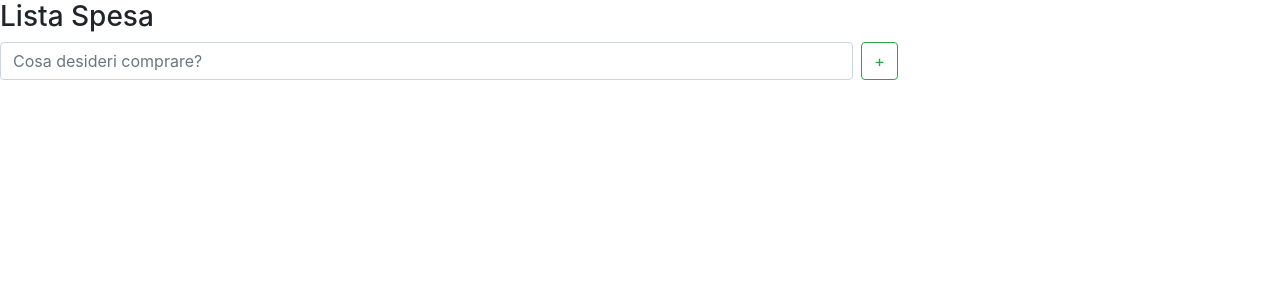
Repository: andreadipilato/TodoList
Page: /
These files come from the project's save history. The page is drawn as it stood at one moment and after the next save; the edit follows.
The browser window is 1280 px wide. The pictures show the whole page.
The project was rebuilt for these pictures with package versions that can differ from the ones it lists, and the page was loaded fresh each time. Also part of the build but not shown: src/App.css.

Above is the page before, as saved 2020-12-04 15:52:43.

### public/index.html
<!DOCTYPE html>
<html lang="en">
  <head>
    <meta charset="utf-8" />
    <link rel="stylesheet" href="https://maxcdn.bootstrapcdn.com/bootstrap/4.0.0/css/bootstrap.min.css" integrity="sha384-Gn5384xqQ1aoWXA+058RXPxPg6fy4IWvTNh0E263XmFcJlSAwiGgFAW/dAiS6JXm" crossorigin="anonymous">
    <link rel="icon" href="%PUBLIC_URL%/favicon.ico" />
    <meta name="viewport" content="width=device-width, initial-scale=1" />
    <meta name="theme-color" content="#000000" />
    <meta
      name="description"
      content="Web site created using create-react-app"
    />
    <link rel="apple-touch-icon" href="%PUBLIC_URL%/logo192.png" />
    <!--
      manifest.json provides metadata used when your web app is installed on a
      user's mobile device or desktop. See https://developers.google.com/web/fundamentals/web-app-manifest/
    -->
    <link rel="manifest" href="%PUBLIC_URL%/manifest.json" />
    <!--
      Notice the use of %PUBLIC_URL% in the tags above.
      It will be replaced with the URL of the `public` folder during the build.
      Only files inside the `public` folder can be referenced from the HTML.

      Unlike "/favicon.ico" or "favicon.ico", "%PUBLIC_URL%/favicon.ico" will
      work correctly both with client-side routing and a non-root public URL.
      Learn how to configure a non-root public URL by running `npm run build`.
    -->
    <title>Lista Spesa</title>
  </head>
  <body>
    <noscript>You need to enable JavaScript to run this app.</noscript>
    <div id="root"></div>
    <!--
      This HTML file is a template.
      If you open it directly in the browser, you will see an empty page.

      You can add webfonts, meta tags, or analytics to this file.
      The build step will place the bundled scripts into the <body> tag.

      To begin the development, run `npm start` or `yarn start`.
      To create a production bundle, use `npm run build` or `yarn build`.
    -->

  </body>
</html>

### src/App.js
import logo from './logo.svg';
import './App.css';
import Cerca from './Cerca.js';

function App() {
  return (
    <div className="App">
      <header className="App-header">
        <h3>Lista Spesa</h3>
        <Cerca />
      </header>
    </div>
  );
}

export default App;

### src/Cerca.js
import React, {Component} from 'react'

class Cerca extends Component {
    constructor(props) {
        super(props);
        this.state = { cerca: ""}
    }
    render() {
        return (
                <form className = "form-inline" onSubmit = {this.addElement}>
                    <input
                        className = "form-control mr-sm-2 col-sm-8"
                        type = "text"
                        placeholder = "Cosa desideri comprare?"
                        aria-label = "Search"
                        value = {this.state.cerca}
                        //onChange = {}
                    />

                    <button className = "btn btn-outline-success my-2 my-sm-0"
                            type="submit"
                            //onFocus = {}
                    >+
                    </button>
                </form>
        )
    }
}
export default Cerca;

Loaded but not shown: src/index.js (common file); src/index.css (common file); src/reportWebVitals.js (common file)

After the next save:
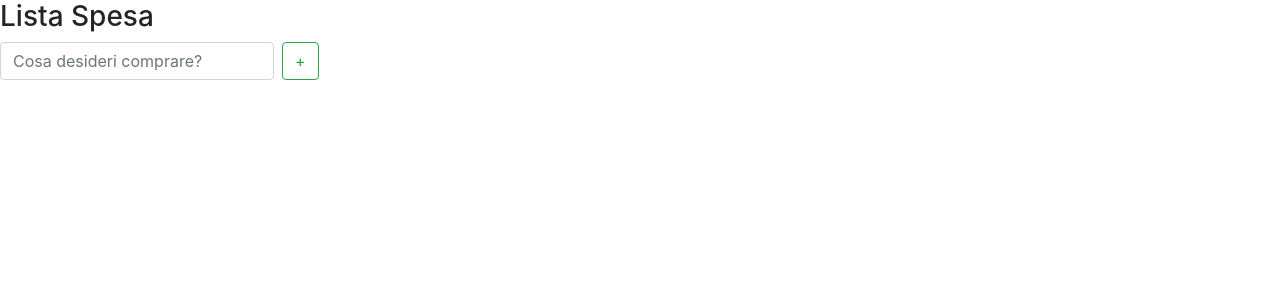
Saved 7 s later.
--- a/src/Cerca.js
+++ b/src/Cerca.js
@@ -9,7 +9,7 @@
         return (
                 <form className = "form-inline" onSubmit = {this.addElement}>
                     <input
-                        className = "form-control mr-sm-2 col-sm-8"
+                        className = "form-control mr-sm-2"
                         type = "text"
                         placeholder = "Cosa desideri comprare?"
                         aria-label = "Search"
